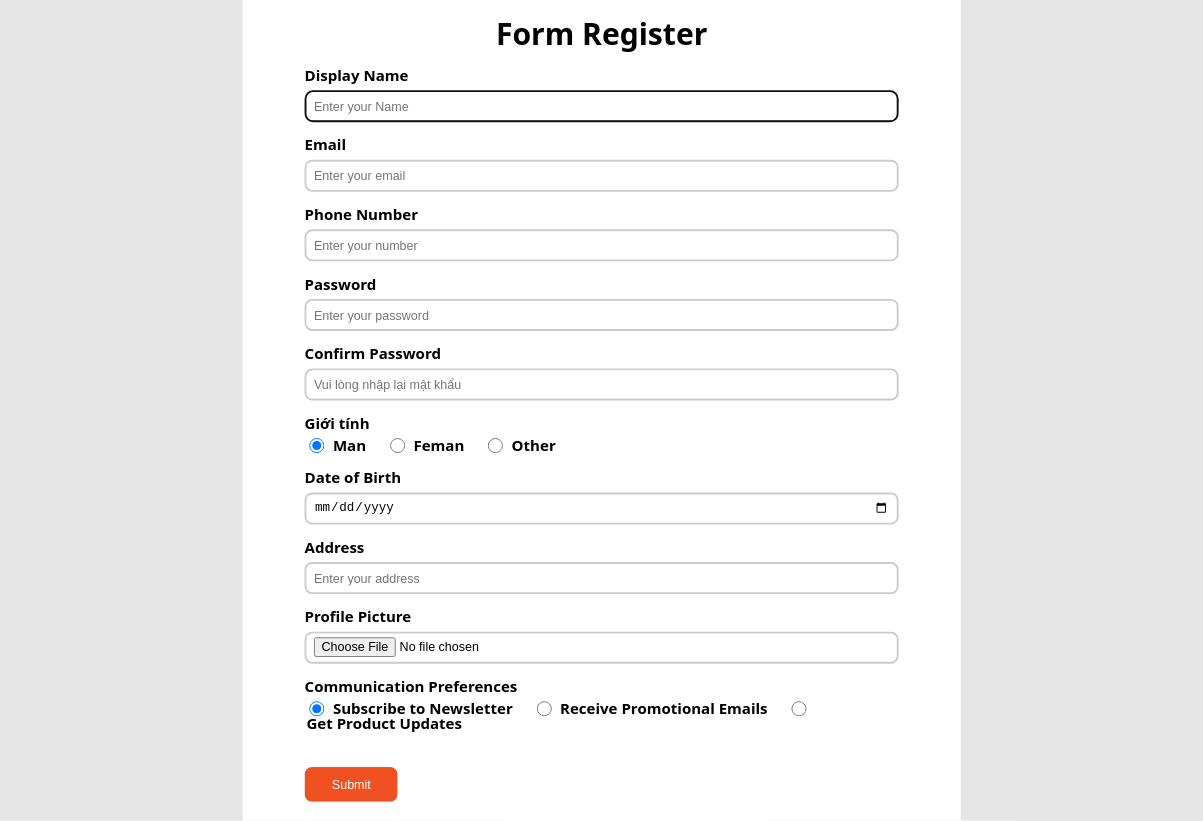
Repository: lannguyen1301/f8-zoom-day-4
Page: form.html
An editor plug-in stored every save of this project. The page is shown before and after a run of saves, followed by the edit.
The browser window is 1280 px wide. The pictures show the whole page, at 94% of full size.

Above is the page before, as saved 2025-04-19 23:00:43.

After the next 5 saves:
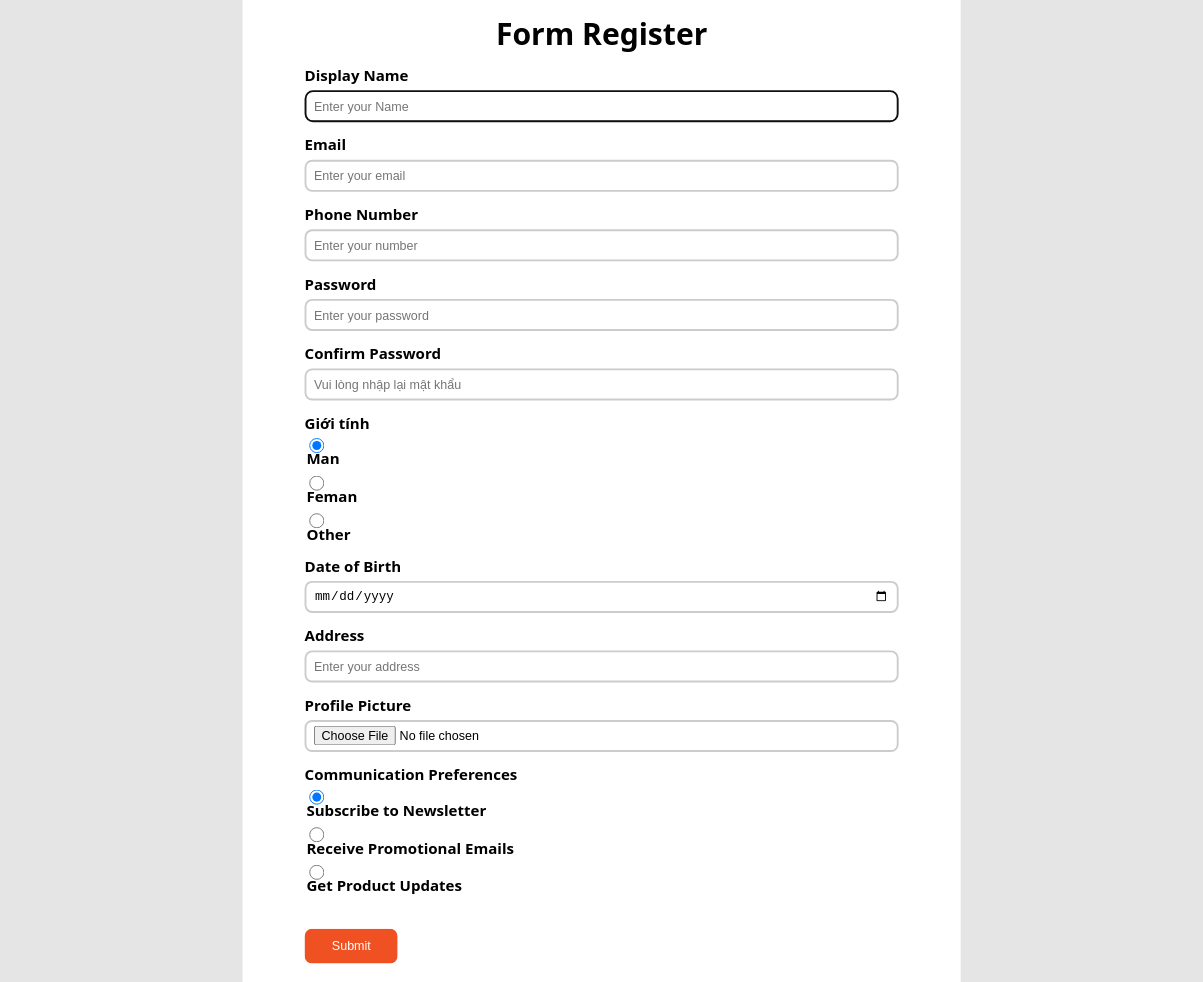
The 5 saves are shown as one change because they came seconds apart.
The last was saved 4 min 25 s later.
--- a/assets/css/form-resgiter.css
+++ b/assets/css/form-resgiter.css
@@ -32,7 +32,8 @@ form {
 .form-group input[type="checkbox"],
 .form-group input[type="radio"] + label,
 .form-group input[type="checkbox"] + label {
-    display: inline-block;
+    /* display: inline-block; */
+    display: block;
 }
 
 .form-group input[type="radio"] {
